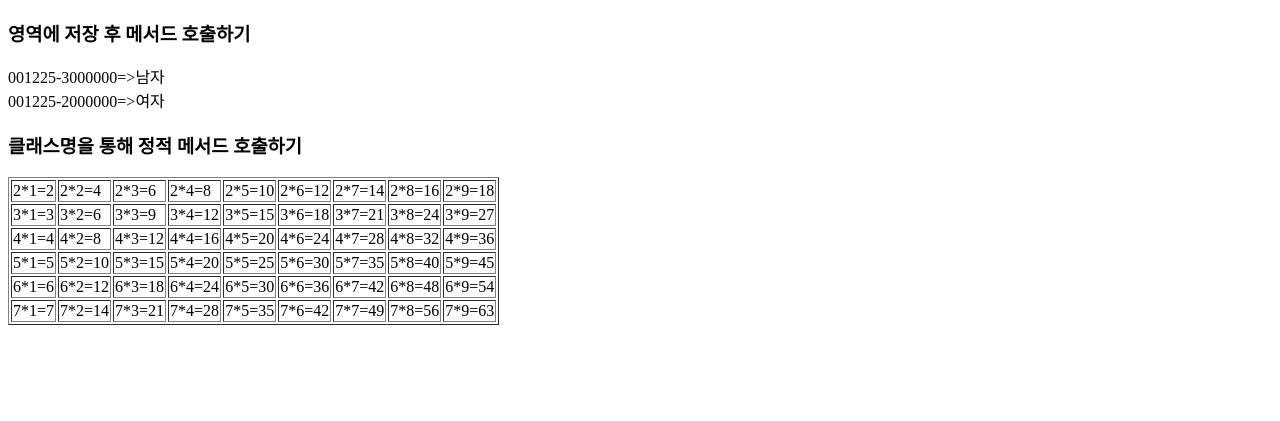
Repository: Charles0304/JSP
Page: http://localhost/MustHaveJSP/10EL/ELCallMethod.jsp
An editor plug-in stored every save of this project. The page is shown before and after the next save, followed by the edit.
The browser window is 1280 px wide. The pictures show the whole page.
The page is served by Tomcat 10. Nobody is signed in. The application's start-up code is not run. Other server files are loaded and not shown.

Above is the page before, as saved 2024-04-25 01:58:47.

### MustHaveJSP/src/main/webapp/10EL/ELCallMethod.jsp
<%@ page import = "el.MyELClass" %>
<%@ page language="java" contentType="text/html; charset=UTF-8"
    pageEncoding="UTF-8"%>
<%
MyELClass myClass = new MyELClass();
pageContext.setAttribute("myClass",myClass);
%>
<!DOCTYPE html>
<html>
<head>
<meta charset="UTF-8">
<title>표현 언어(EL)-메서드 호출</title>
</head>
<body>
	<h3>영역에 저장 후 메서드 호출하기</h3>
	001225-3000000=>${myClass.getGender("001225-3000000") } <br/>
	001225-2000000=>${myClass.getGender("001225-2000000") }

	<h3> 클래스명을 통해 정적 메서드 호출하기</h3>
	${MyELClass.showGugudan(7) }
</body>
</html>

### MustHaveJSP/src/main/java/el/MyELClass.java
package el;

public class MyELClass {
	public String getGender(String jumin) {
		String returnStr = "";
		int beginIdx = jumin.indexOf("-")+1;
		String genderStr = jumin.substring(beginIdx,beginIdx+1);
		int genderInt = Integer.parseInt(genderStr);
		if(genderInt==1||genderInt==3)
			returnStr = "남자";
		else if (genderInt==2||genderInt==4)
			returnStr = "여자";
		else
			returnStr = "주민번호 오류입니다";
		return returnStr;
	}
	public static boolean isNumber(String value) {
		char[] chArr = value.toCharArray();
		for( int i = 0;i<chArr.length;i++) {
			if(!(chArr[i]>='0'&&chArr[i]<='9')) {
				return false;
			}
		}
		return true;
	}

	public static String showGugudan(int limitDan) {
		StringBuffer sb = new StringBuffer();
		try {
			sb.append("<table border = '1'>");
			for(int i = 2; i<=limitDan;i++) {
				sb.append("<tr>");
				for(int j=1;j<=9;j++) {
					sb.append("<td>"+i+"*"+j+"="+(i*j)+"</td>");
				}
				sb.append("</tr>");
			}
			sb.append("</table>");
		}catch(Exception e) {
			e.printStackTrace();
		}
		return sb.toString();
	}
}

After the next save:
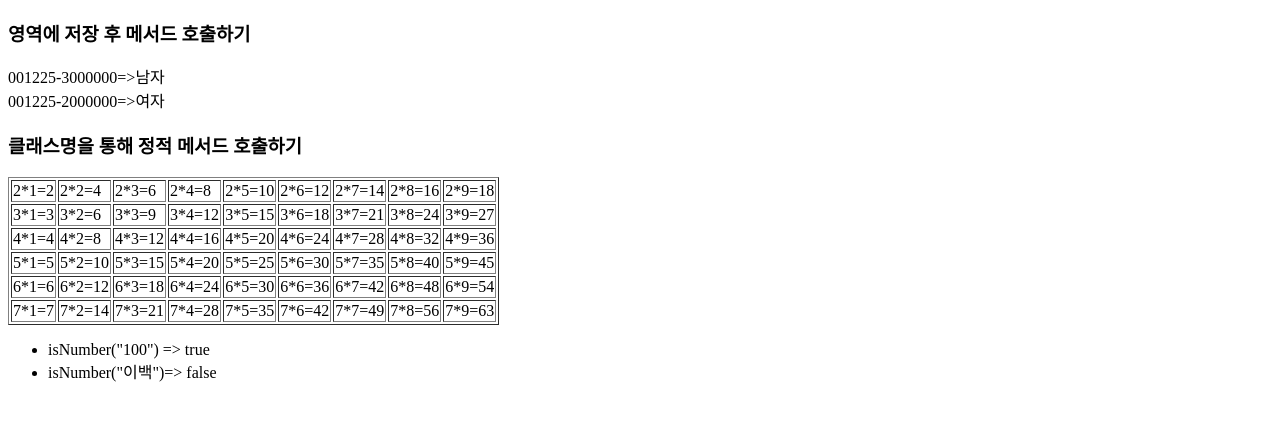
Saved 3 min 54 s later.
--- a/MustHaveJSP/src/main/webapp/10EL/ELCallMethod.jsp
+++ b/MustHaveJSP/src/main/webapp/10EL/ELCallMethod.jsp
@@ -18,5 +18,10 @@ pageContext.setAttribute("myClass",myClass);
 
 	<h3> 클래스명을 통해 정적 메서드 호출하기</h3>
 	${MyELClass.showGugudan(7) }
+
+	<ul>
+		<li>isNumber("100") => ${MyELClass.isNumber("100") }</li>
+		<li>isNumber("이백")=> ${MyELClass.isNumber("이백") }</li>
+	</ul>
 </body>
 </html>
